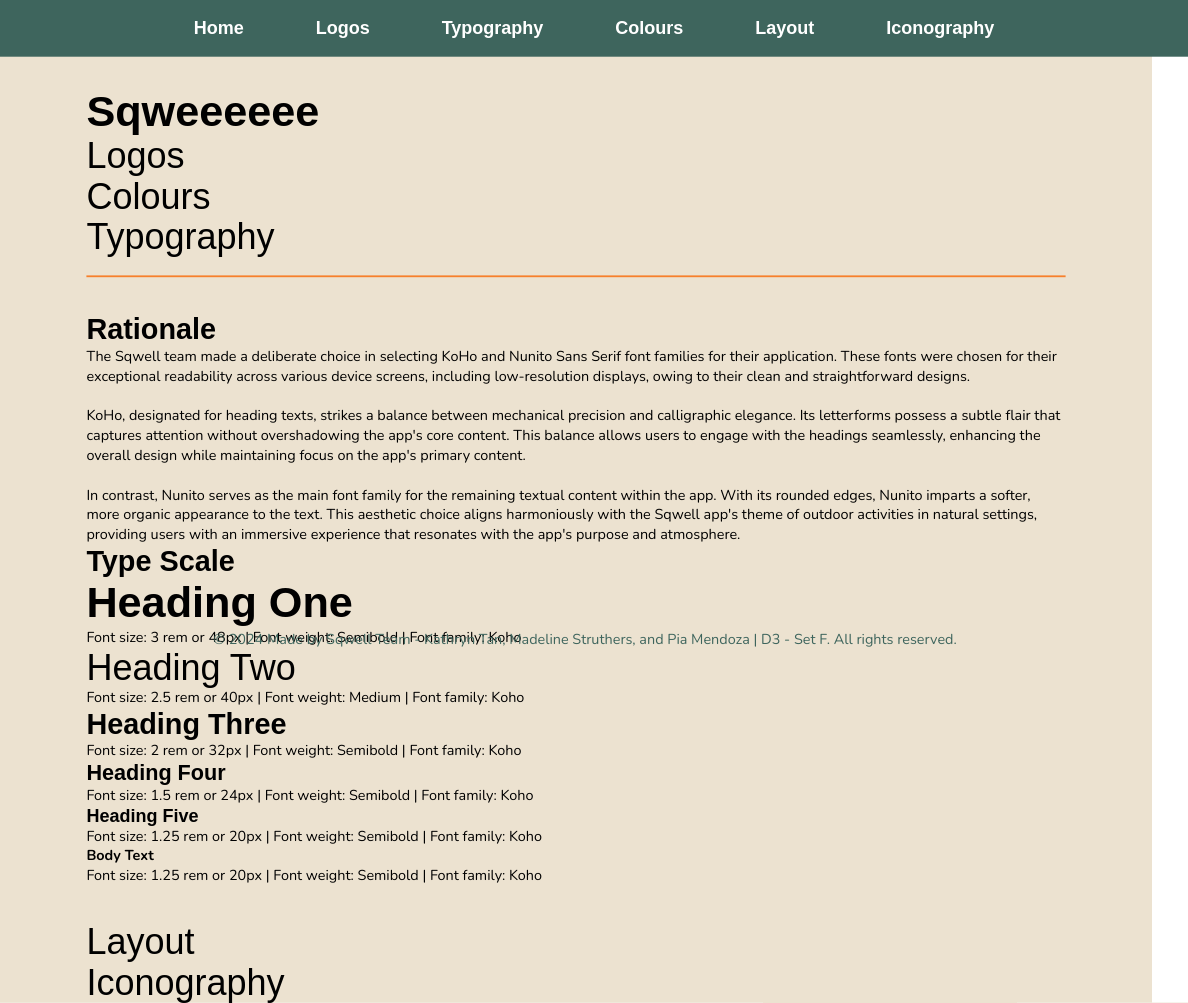
Repository: lpcmendoza/sqwell_styleguide
Page: /
An editor plug-in stored every save of this project. The page is shown before and after the next save, followed by the edit.
The browser window is 1280 px wide. The page is 1320 px wide, so the pictures cover 1320 px, including what lies to the right of the window. The pictures show the whole page, at 90% of full size.
Some web fonts or font styles are not loaded; a fallback is used. The project was rebuilt for these pictures with package versions that can differ from the ones it lists, and the page was loaded fresh each time. The framework's server and built-in components were replaced by stand-ins that run in the browser. Also part of the build but not shown: next.config.mjs.

Above is the page before, as saved 2024-04-07 18:37:39.

After the next save:
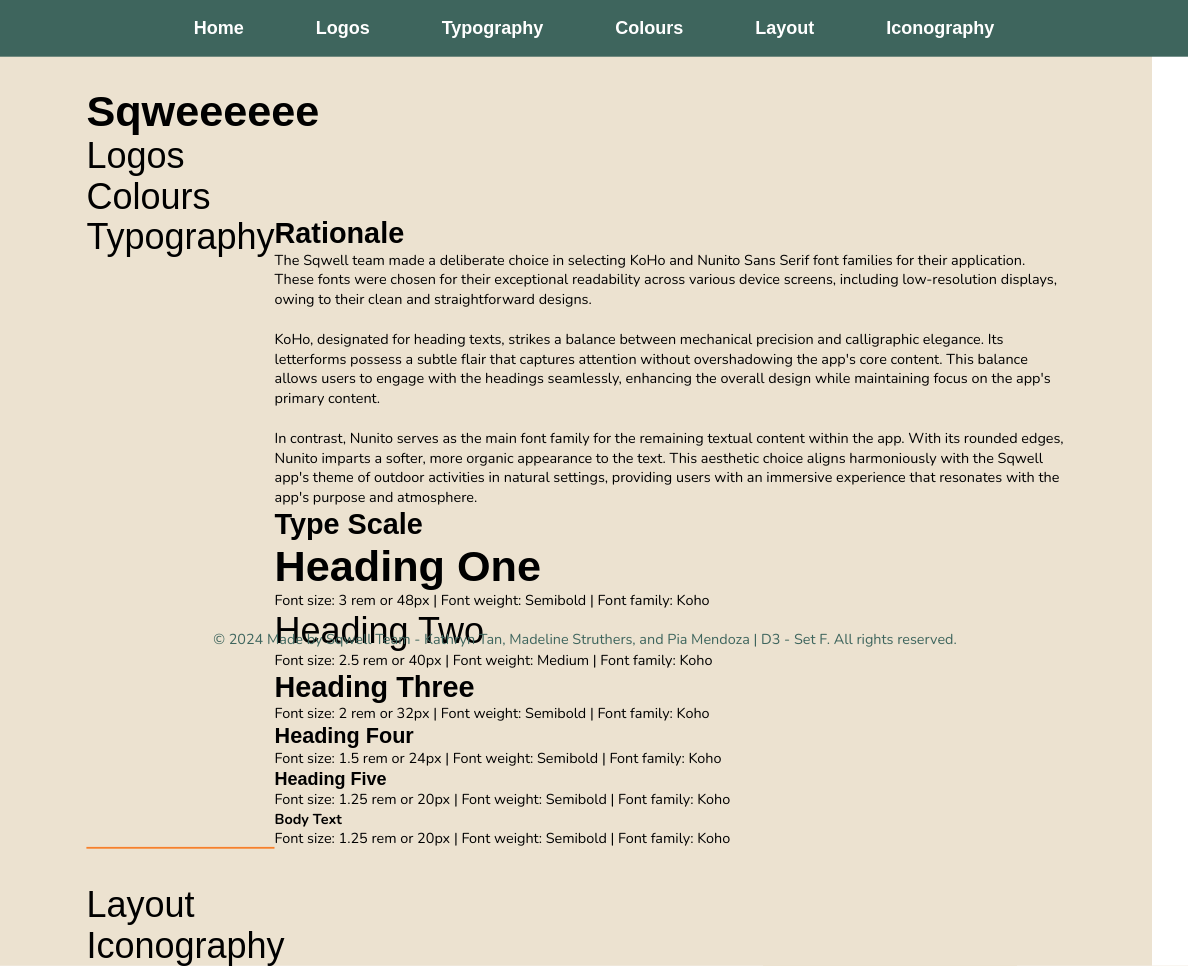
Saved 51 s later.
--- a/components/Typography/index.js
+++ b/components/Typography/index.js
@@ -2,8 +2,9 @@
 
 export default function Typography() {
     return (
-        <main lassName={styles.typography}>
+        <main className={styles.typography}>
         <h2 className={styles.sectionHead}>Typography</h2>
+        <div >
             <div className={styles.rationale}>
                 <h3>Rationale</h3>
                 <p>The Sqwell team made a deliberate choice in selecting KoHo and Nunito Sans Serif font families for their application. These fonts were chosen for their exceptional readability across various device screens, including low-resolution displays, owing to their clean and straightforward designs.</p>
@@ -34,6 +35,7 @@
                         <p className={styles.bodyCopy}>Body Text</p> <p>Font size: 1.25 rem or 20px   |   Font weight: Semibold   |   Font family: Koho</p>
                         </li>
                     </ul>
+                </div>
             </div>
         </main>
     )

After the save that followed:
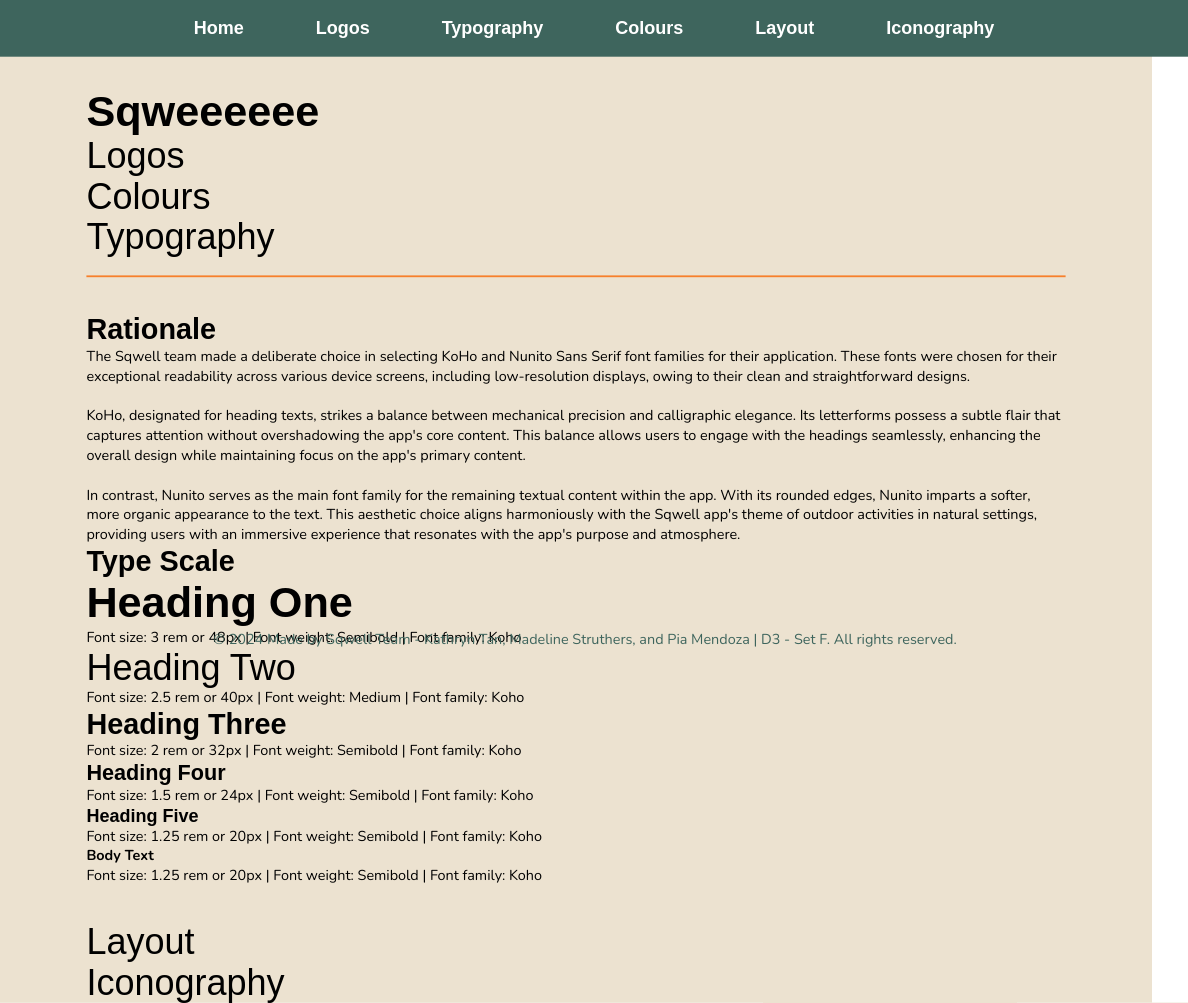
Saved 9 s later.
--- a/components/Typography/index.js
+++ b/components/Typography/index.js
@@ -2,7 +2,7 @@
 
 export default function Typography() {
     return (
-        <main className={styles.typography}>
+        <main>
         <h2 className={styles.sectionHead}>Typography</h2>
         <div >
             <div className={styles.rationale}>
